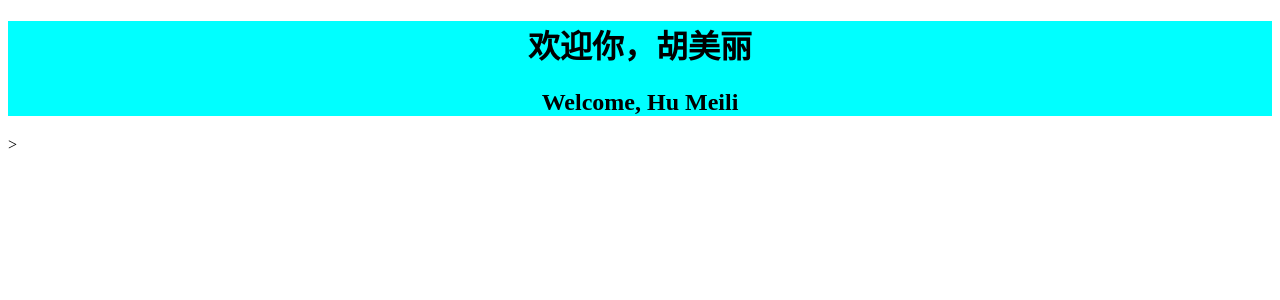
Repository: NanmeiYC/NanmeiYC.github.io
Page: zhuye.html
The author's editor kept a copy of each file at every save. The page is drawn from the files as they stood at one save, then again after a run of saves.
The browser window is 1280 px wide. The pictures show the whole page.

Above is the page before, as saved 2021-05-28 23:29:36.

### zhuye.html
<!DOCTYPE html>
<html>
    <head>
        <meta http-equiv="Content-Type" content="text/html; charset=UTF-8">
        <title>欢迎我们美丽大方温柔善良的胡美丽</title>
    </head>
    <body b>
        <body>
            <div align="center" style="background-color: aqua;">
            <h1>欢迎你，胡美丽</h1>
            <h2>Welcome, Hu Meili</h2>
            </div>
        </body>>
        <table>
            <tr align="center" cellpadding="10" width="1000" style="background-color: hotpink;"></tr>
        </table>
    </body>
</html>

After the next 4 saves:
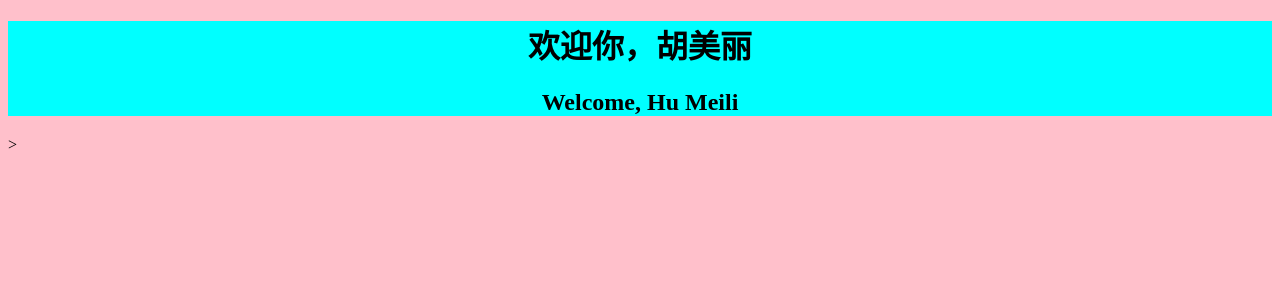
The 4 saves are shown as one change because they came seconds apart.
The last was saved 10 s later.
--- a/zhuye.html
+++ b/zhuye.html
@@ -4,7 +4,7 @@
         <meta http-equiv="Content-Type" content="text/html; charset=UTF-8">
         <title>欢迎我们美丽大方温柔善良的胡美丽</title>
     </head>
-    <body b>
+    <body bgcolor="pink">
         <body>
             <div align="center" style="background-color: aqua;">
             <h1>欢迎你，胡美丽</h1>
